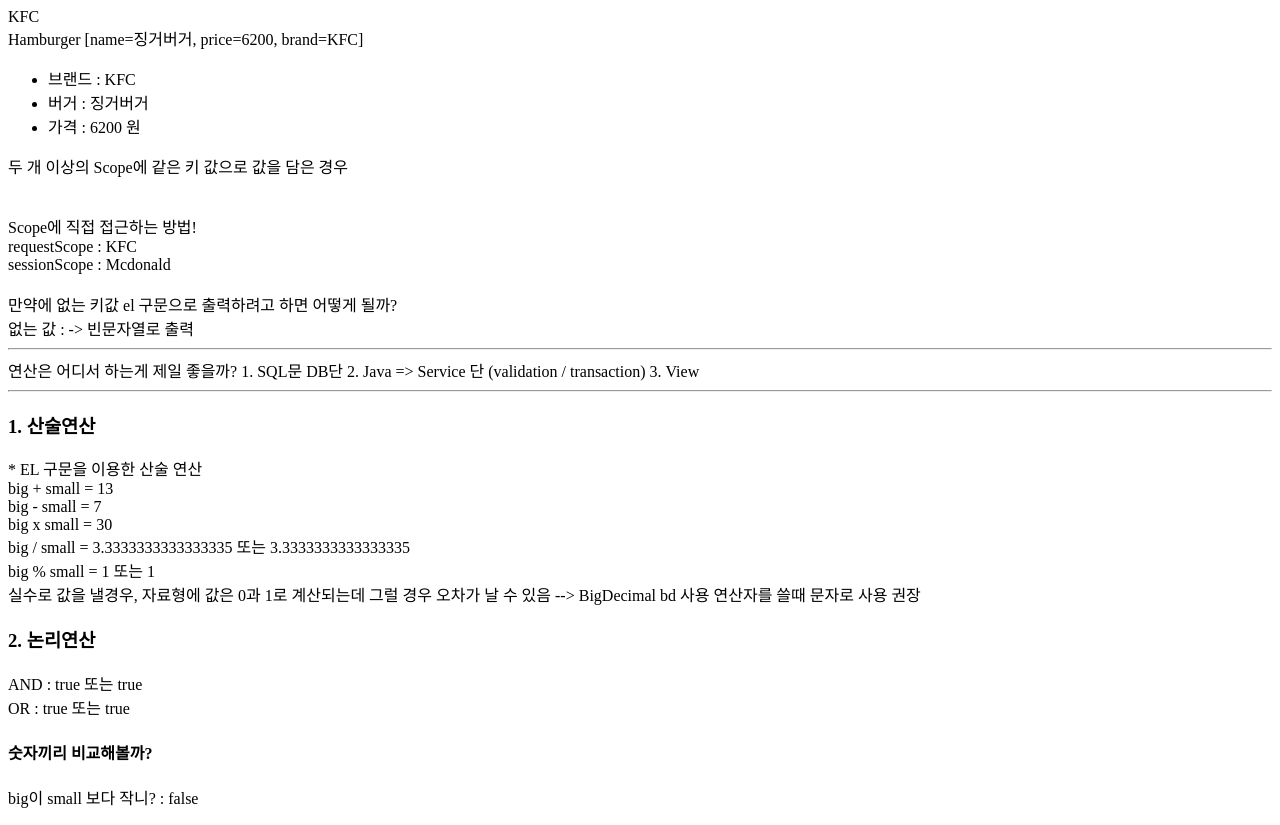
Repository: parkjin-sol/web-workplace
Page: http://localhost/McdonaldProject/sc
The author's editor kept a copy of each file at every save. The page is drawn from the files as they stood at one save, then again after the next save.
The browser window is 1280 px wide. The pictures show the whole page.
The page is served by Tomcat 9. Other server files are loaded and not shown.

Above is the page before, as saved 2025-03-11 02:06:55.

### McdonaldProject/src/main/webapp/WEB-INF/views/print.jsp
<%@ page language="java" contentType="text/html; charset=UTF-8"
    pageEncoding="UTF-8"%>
<%
	// String brand = (String)request.getAttribute("brand");
%>
<!DOCTYPE html>
<html>
<head>
<meta charset="UTF-8">
<title>Insert title here</title>
</head>
<body>
	${ brand } <br>
	${ bestSeller }

	<ul>
		<li> 브랜드 : ${ bestSeller.brand }</li>
		<li> 버거 : ${ bestSeller.name }</li>
		<li> 가격 : ${ bestSeller.price } 원</li>
	</ul>

	두 개 이상의 Scope에 같은 키 값으로 값을 담은 경우 <br>

	<!--
		page => request => session => application 순으로 키값을 겁색
	 -->
	 <br><br>
	 Scope에 직접 접근하는 방법! <br>
	 requestScope : ${ requestScope.brand } <br>
	 sessionScope : ${ sessionScope.brand } <br>
	 <br>
	 만약에 없는 키값 el 구문으로 출력하려고 하면 어떻게 될까? <br>

	 없는 값 : ${ sessionScope.abc }
	 -> 빈문자열로 출력


	 <hr>

	 연산은 어디서 하는게 제일 좋을까?
	 1. SQL문 DB단
	 2. Java => Service 단 (validation / transaction)
	 3. View

	 <hr>

	 <h3>1. 산술연산</h3>
	 <p>
	 	* EL 구문을 이용한 산술 연산
	 	<br>
	 	big + small = ${ big + small } <br>
	 	big - small = ${ big - small } <br>
	 	big x small = ${ big * small }  <br>
	 	big / small = ${ big / small } 또는 ${ big div small } <br>
	 	big % small = ${ big % small } 또는 ${ big mod small } <br>

	 	실수로 값을 낼경우, 자료형에 값은 0과 1로 계산되는데
	 	그럴 경우 오차가 날 수 있음
	 	--> BigDecimal bd 사용

	 	연산자를 쓸때 문자로 사용 권장
	 </p>

	 <h3>2. 논리연산</h3>
	 <p>
	 	AND : ${ true && true } 또는 ${ true and true } <br>
	 	OR  : ${ true || true } 또는 ${ true or true }
	 </p>


	 <h4>숫자끼리 비교해볼까?</h4>

	 <p>
	 	big이 small 보다 작니? : ${ big < small }


	 </p>





















</body>
</html>

### McdonaldProject/src/main/java/com/kh/mcdonald/controller/SettingController.java
package com.kh.mcdonald.controller;

import java.io.IOException;
import java.util.ArrayList;

import javax.servlet.ServletException;
import javax.servlet.annotation.WebServlet;
import javax.servlet.http.HttpServlet;
import javax.servlet.http.HttpServletRequest;
import javax.servlet.http.HttpServletResponse;
import javax.servlet.http.HttpSession;

import com.kh.mcdonald.model.dto.Hamburger;


@WebServlet("/sc")
public class SettingController extends HttpServlet {
	private static final long serialVersionUID = 1L;


    public SettingController() {
    	super();
    }


	protected void doGet(HttpServletRequest request, HttpServletResponse response) throws ServletException, IOException {
		// System.out.println("뚜겟");

		// Servlet에서 응답 데이터가 있는데 ?
		// JSP에게 보내줘야함! --> request에 담아서
		 							// Servlet 내장 객체 / Scope 객체

		// Application / Session / Request              / Page
		/*
		 * 1. Servlet Context(Application Scope)
		 * 하나의 애플리케이션 당, 딱 한 개 존재하는 객체
		 * 이 영역에 데이터를 담으면 전역에서 사용가능
		 *
		 * 2. HttpSession (Session Scope)
		 * 하나의 브라우저 당, 한 개 존재하는 객체
		 * 이 영역에 데이터를 담으면 JSP / Servlet 단에서 사용 가능
		 * 값이 한번 담기면, 브라우저가 닫히거나, 세션을 비우거나(로그아웃),
		 * 서버를 중지하기 전까지는 계속해서 사용 가능
		 *
		 * 3. HttpServletRequest (Request Scope)
		 * 요청 시 매 번 생성되는 객체
		 * 이 영역에 데이터를 담으면 해당 request 객체를 포워딩 받는
		 * 응답 JSP에서만 사용가능(1회용)
		 *
		 * 4. PageContext(Page Scope)
		 * JSP페이지 내에서만 사용가능
		 *
		 * => 위 객체들에 값을 담을떄는 .setAttribute("키", "value")
		 * 							    .getAttributr("키")
		 *                              .removeAttribute("키")
		 *
		 *
		 *
		 */

		// requestScope
		// 객체 지향 개념에서 제일 중요한건 주체!

		request.setAttribute("brand","KFC");
		request.setAttribute("bestSeller", new Hamburger("징거버거", 6200, "KFC"));


		// sessionScope
		HttpSession session = request.getSession();
		session.setAttribute("brand", "Mcdonald");
		session.setAttribute("bestSeller", new Hamburger("빅맥", 6500,"Mcdonald"));


		// 숫자
		request.setAttribute("big", 10);
		request.setAttribute("small", 3);

		// 문자
		request.setAttribute("str", "좋아하는 문구");

		// 리스트
		request.setAttribute("list", new ArrayList());


		// 응답 뷰 위임 -> 포워딩

		request.getRequestDispatcher("/WEB-INF/views/print.jsp").forward(request, response);

	}


	protected void doPost(HttpServletRequest request, HttpServletResponse response) throws ServletException, IOException {
		doGet(request, response);
	}

}

### McdonaldProject/src/main/java/com/kh/mcdonald/model/dto/Hamburger.java
package com.kh.mcdonald.model.dto;

public class Hamburger {
	private String name;
	private int price;
	private String brand;

	public Hamburger() {
		super();
	}
	public Hamburger(String name, int price, String brand) {
		super();
		this.name = name;
		this.price = price;
		this.brand = brand;
	}
	@Override
	public String toString() {
		return "Hamburger [name=" + name + ", price=" + price + ", brand=" + brand + "]";
	}

	public String getName() {
		return name;
	}
	public void setName(String name) {
		this.name = name;
	}
	public int getPrice() {
		return price;
	}
	public void setPrice(int price) {
		this.price = price;
	}
	public String getBrand() {
		return brand;
	}
	public void setBrand(String brand) {
		this.brand = brand;
	}


}

After the next save:
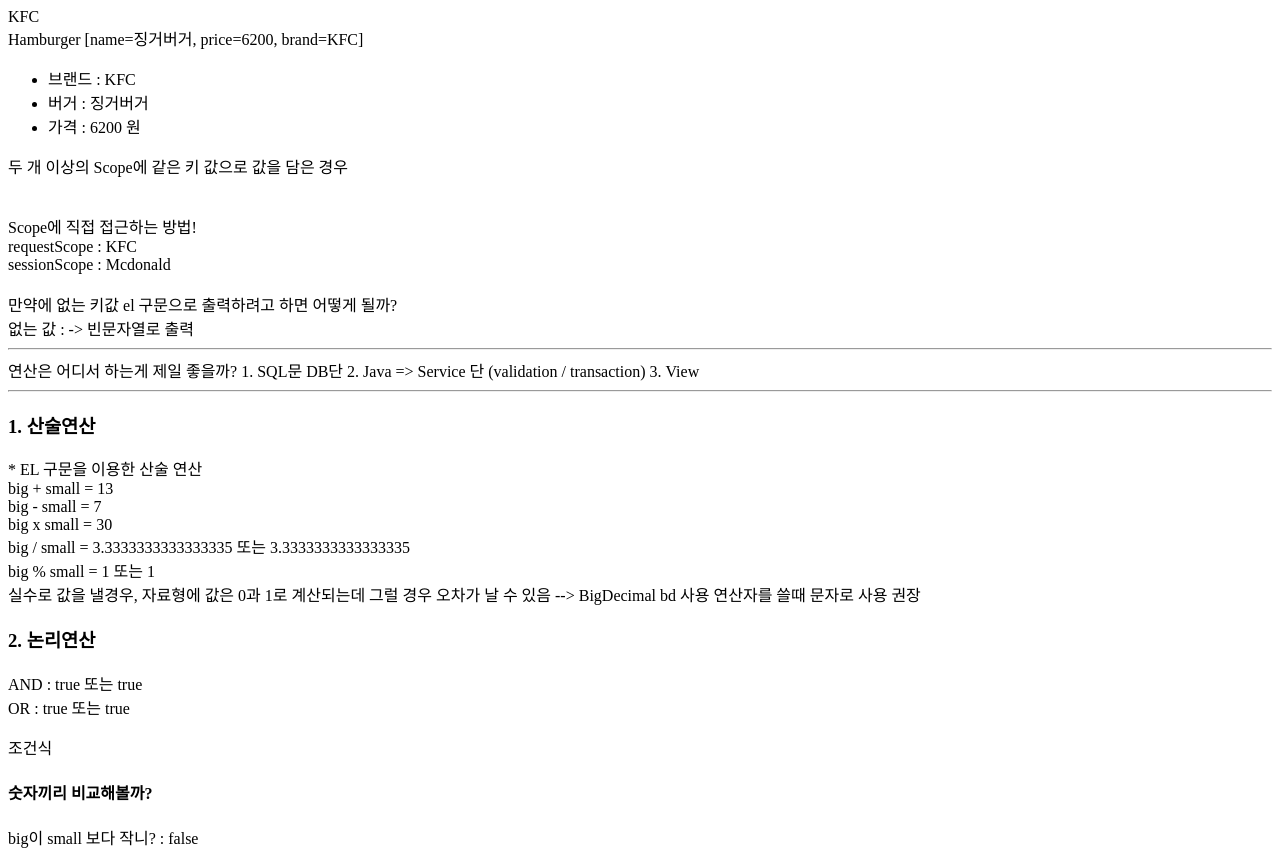
Saved 10 s later.
--- a/McdonaldProject/src/main/webapp/WEB-INF/views/print.jsp
+++ b/McdonaldProject/src/main/webapp/WEB-INF/views/print.jsp
@@ -67,7 +67,7 @@
 	 	OR  : ${ true || true } 또는 ${ true or true }
 	 </p>
 
-
+	 조건식
 	 <h4>숫자끼리 비교해볼까?</h4>
 
 	 <p>
